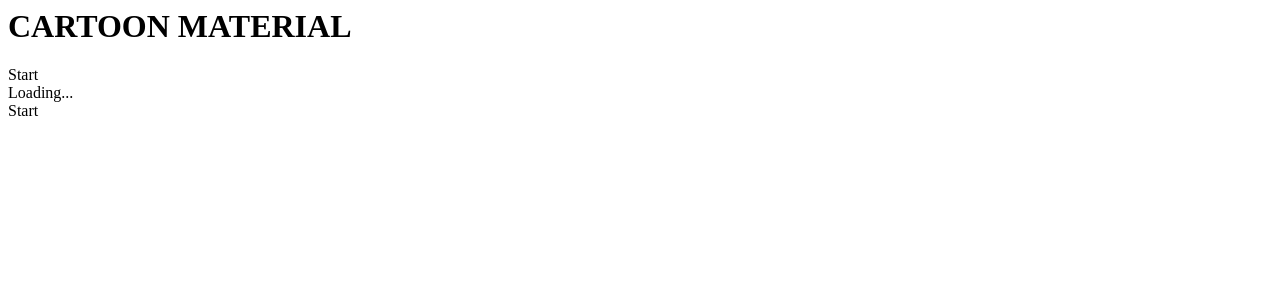
Repository: Hexya/ToonMaterial
Page: app/index.html
These files come from the project's save history. The page is drawn as it stood at one moment and after the next save; the edit follows.
The browser window is 1280 px wide. The pictures show the whole page.

Above is the page before, as saved 2021-05-26 15:36:53.

After the next save:
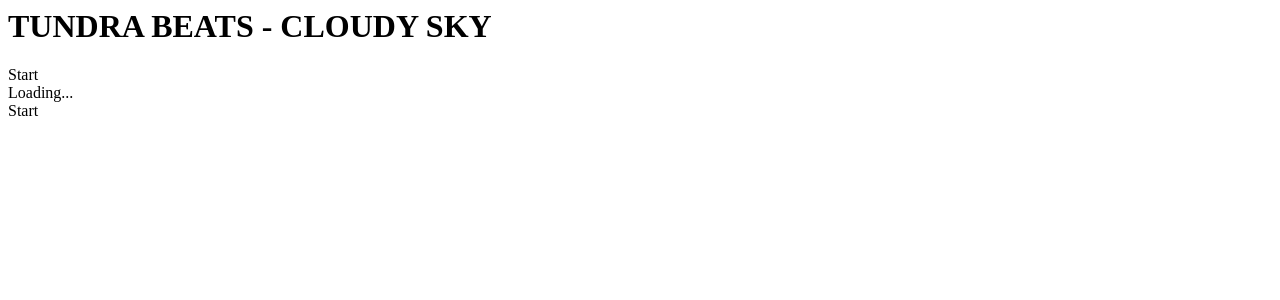
Saved 41 s later.
--- a/app/index.html
+++ b/app/index.html
@@ -3,7 +3,7 @@
         <title>Three Toon Material Exp</title>
     </head>
     <body>
-        <h1>CARTOON MATERIAL</h1>
+        <h1>TUNDRA BEATS - CLOUDY SKY</h1>
         <div id="main">
             <div class="warning">
             </div>
